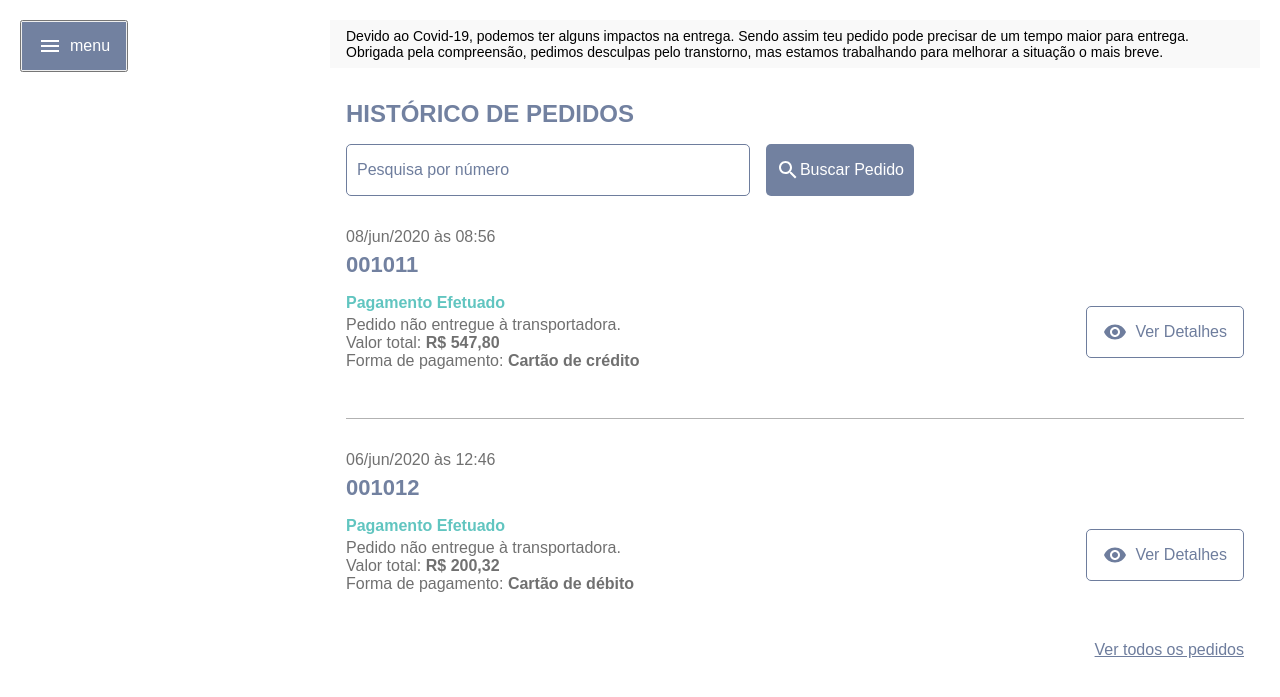
Repository: indiamarasiqueira/gestao-produto
Page: /
An editor plug-in stored every save of this project. The page is shown before and after the next save, followed by the edit.
The browser window is 1280 px wide. The pictures show the whole page.
The project was rebuilt for these pictures with package versions that can differ from the ones it lists, and the page was loaded fresh each time. Also part of the build but not shown: src/pages/generic/style.js, src/pages/generic/index.js, src/components/ModalMenu/index.js.

Above is the page before, as saved 2020-07-07 11:39:18.

After the next save:
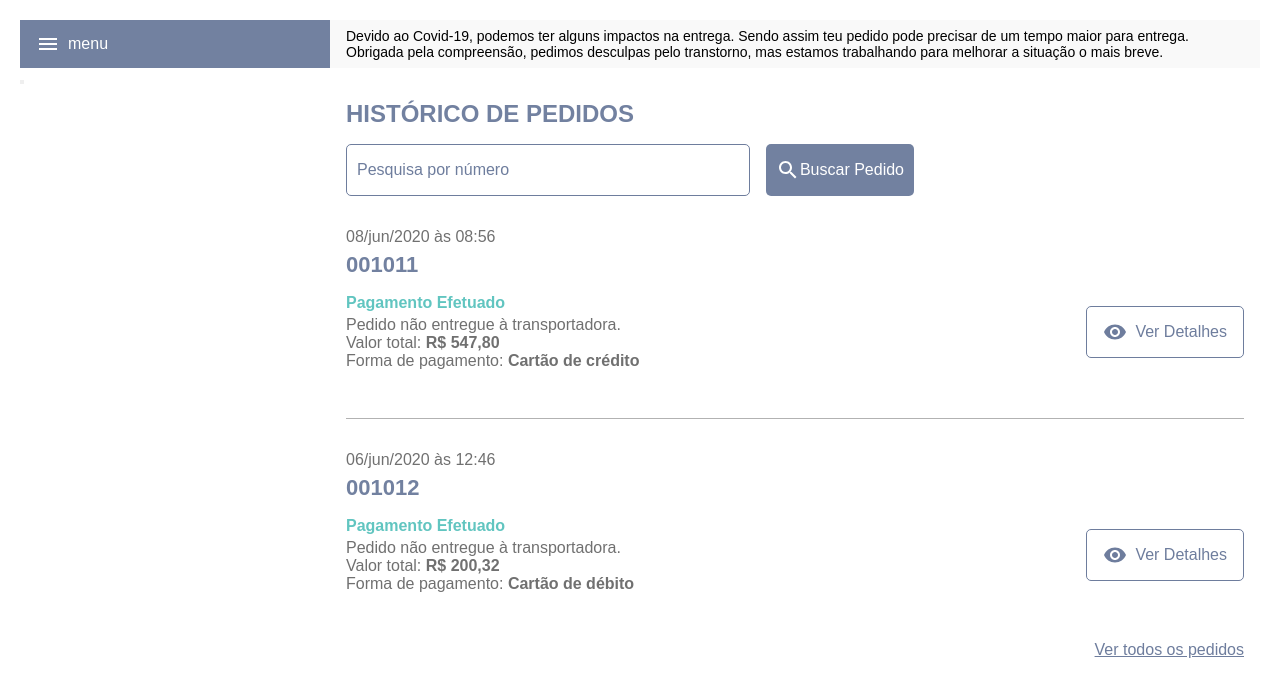
Saved 53 s later.
--- a/src/components/AppMenu/index.js
+++ b/src/components/AppMenu/index.js
@@ -32,46 +32,49 @@
   }
 
   return (
-    <MenuMain>
+    <div>
       <Button onClick={() => showModal(!show)}>
         <BoxIcon>{show ? <CloseIcon /> : <MenuIcon />}</BoxIcon>
         menu
       </Button>
-      <ModalMenu show={show}>
-        <MainMenu>
-          <UserInfo>
-            <UserInfoName>Caroline Melinda W Effting</UserInfoName>
-            <UserInfoEmail>effting.caroline@gmail.com</UserInfoEmail>
-          </UserInfo>
-          <MenuList>
-            <MenuListItem onClick={() => navigate("/perfil")}>
-              <MenuIconImage>
-                <LockOpenIcon />
-              </MenuIconImage>
-              <span className="menu-label">meu perfil</span>
-            </MenuListItem>
-            <MenuListItem onClick={() => navigate("/pedidos")}>
-              <MenuIconImage>
-                <HistoryIcon />
-              </MenuIconImage>
-              <span className="menu-label">histórico de pedidos</span>
-            </MenuListItem>
-            <MenuListItem onClick={() => navigate("/localizacao")}>
-              <MenuIconImage>
-                <RoomOutlinedIcon />
-              </MenuIconImage>
-              <span className="menu-label">meus endereços</span>
-            </MenuListItem>
-            <MenuListItem onClick={() => navigate("/favoritos")}>
-              <MenuIconImage>
-                <FavoriteBorderIcon />
-              </MenuIconImage>
-              <span className="menu-label">lista de favoritos</span>
-            </MenuListItem>
-          </MenuList>
-        </MainMenu>
-      </ModalMenu>
-    </MenuMain>
+
+      <MenuMain>
+        <ModalMenu show={show}>
+          <MainMenu>
+            <UserInfo>
+              <UserInfoName>Caroline Melinda W Effting</UserInfoName>
+              <UserInfoEmail>effting.caroline@gmail.com</UserInfoEmail>
+            </UserInfo>
+            <MenuList>
+              <MenuListItem onClick={() => navigate("/perfil")}>
+                <MenuIconImage>
+                  <LockOpenIcon />
+                </MenuIconImage>
+                <span className="menu-label">meu perfil</span>
+              </MenuListItem>
+              <MenuListItem onClick={() => navigate("/pedidos")}>
+                <MenuIconImage>
+                  <HistoryIcon />
+                </MenuIconImage>
+                <span className="menu-label">histórico de pedidos</span>
+              </MenuListItem>
+              <MenuListItem onClick={() => navigate("/localizacao")}>
+                <MenuIconImage>
+                  <RoomOutlinedIcon />
+                </MenuIconImage>
+                <span className="menu-label">meus endereços</span>
+              </MenuListItem>
+              <MenuListItem onClick={() => navigate("/favoritos")}>
+                <MenuIconImage>
+                  <FavoriteBorderIcon />
+                </MenuIconImage>
+                <span className="menu-label">lista de favoritos</span>
+              </MenuListItem>
+            </MenuList>
+          </MainMenu>
+        </ModalMenu>
+      </MenuMain>
+    </div>
   );
 };
 export default AppMenu;

After the 5 saves that followed:
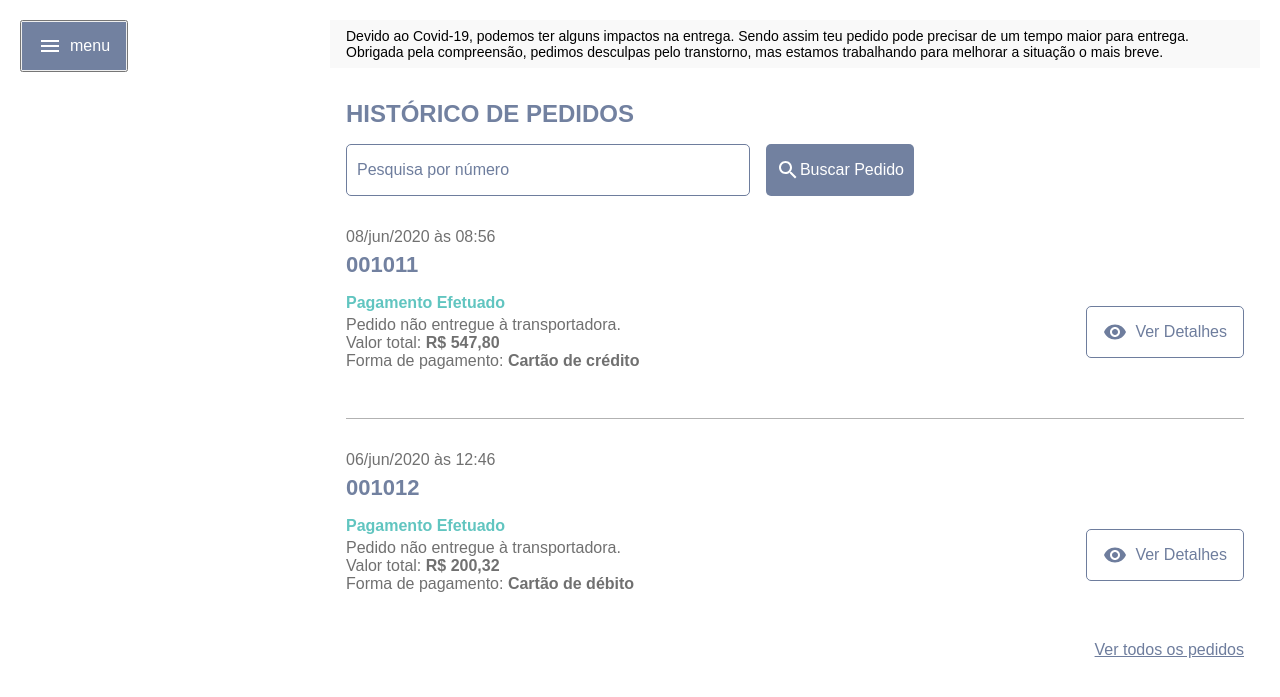
The 5 saves are shown as one change because 4 left the picture as it was.
The last was saved 4 min 22 s later.
--- a/src/pages/orderHistory/style.js
+++ b/src/pages/orderHistory/style.js
@@ -5,14 +5,13 @@ export const OrderMenu = styled.div`
   justify-content: center;
   grid-template-columns: 1fr 3fr ;
   padding: 20px;
-  box-sizing: border-box;
   height: 100%;
 
    @media all and ( max-width: 1250px) {
     display: flex;
     flex-direction: column;
-    width: 100%;
-    padding: 10px;
+
+    padding: 40px 0;
   }
 `;
 export const MenuApp = styled.div`
--- a/src/components/AppMenu/index.js
+++ b/src/components/AppMenu/index.js
@@ -8,7 +8,7 @@
 import FavoriteBorderIcon from "@material-ui/icons/FavoriteBorder";
 import CloseIcon from "@material-ui/icons/Close";
 
-import ModalMenu from '../ModalMenu/index';
+import ModalMenu from "../ModalMenu/index";
 
 import {
   MenuMain,
@@ -20,7 +20,7 @@
   UserInfoEmail,
   MenuList,
   MenuListItem,
-  MenuIconImage
+  MenuIconImage,
 } from "./style";
 
 const AppMenu = () => {
@@ -29,52 +29,49 @@
   const navigate = (route) => {
     history.push(route);
     showModal(false);
-  }
+  };
 
   return (
-    <div>
+    <MenuMain>
       <Button onClick={() => showModal(!show)}>
         <BoxIcon>{show ? <CloseIcon /> : <MenuIcon />}</BoxIcon>
         menu
       </Button>
-
-      <MenuMain>
-        <ModalMenu show={show}>
-          <MainMenu>
-            <UserInfo>
-              <UserInfoName>Caroline Melinda W Effting</UserInfoName>
-              <UserInfoEmail>effting.caroline@gmail.com</UserInfoEmail>
-            </UserInfo>
-            <MenuList>
-              <MenuListItem onClick={() => navigate("/perfil")}>
-                <MenuIconImage>
-                  <LockOpenIcon />
-                </MenuIconImage>
-                <span className="menu-label">meu perfil</span>
-              </MenuListItem>
-              <MenuListItem onClick={() => navigate("/pedidos")}>
-                <MenuIconImage>
-                  <HistoryIcon />
-                </MenuIconImage>
-                <span className="menu-label">histórico de pedidos</span>
-              </MenuListItem>
-              <MenuListItem onClick={() => navigate("/localizacao")}>
-                <MenuIconImage>
-                  <RoomOutlinedIcon />
-                </MenuIconImage>
-                <span className="menu-label">meus endereços</span>
-              </MenuListItem>
-              <MenuListItem onClick={() => navigate("/favoritos")}>
-                <MenuIconImage>
-                  <FavoriteBorderIcon />
-                </MenuIconImage>
-                <span className="menu-label">lista de favoritos</span>
-              </MenuListItem>
-            </MenuList>
-          </MainMenu>
-        </ModalMenu>
-      </MenuMain>
-    </div>
+      <ModalMenu show={show}>
+        <MainMenu>
+          <UserInfo>
+            <UserInfoName>Caroline Melinda W Effting</UserInfoName>
+            <UserInfoEmail>effting.caroline@gmail.com</UserInfoEmail>
+          </UserInfo>
+          <MenuList>
+            <MenuListItem onClick={() => navigate("/perfil")}>
+              <MenuIconImage>
+                <LockOpenIcon />
+              </MenuIconImage>
+              <span className="menu-label">meu perfil</span>
+            </MenuListItem>
+            <MenuListItem onClick={() => navigate("/pedidos")}>
+              <MenuIconImage>
+                <HistoryIcon />
+              </MenuIconImage>
+              <span className="menu-label">histórico de pedidos</span>
+            </MenuListItem>
+            <MenuListItem onClick={() => navigate("/localizacao")}>
+              <MenuIconImage>
+                <RoomOutlinedIcon />
+              </MenuIconImage>
+              <span className="menu-label">meus endereços</span>
+            </MenuListItem>
+            <MenuListItem onClick={() => navigate("/favoritos")}>
+              <MenuIconImage>
+                <FavoriteBorderIcon />
+              </MenuIconImage>
+              <span className="menu-label">lista de favoritos</span>
+            </MenuListItem>
+          </MenuList>
+        </MainMenu>
+      </ModalMenu>
+    </MenuMain>
   );
 };
 export default AppMenu;
